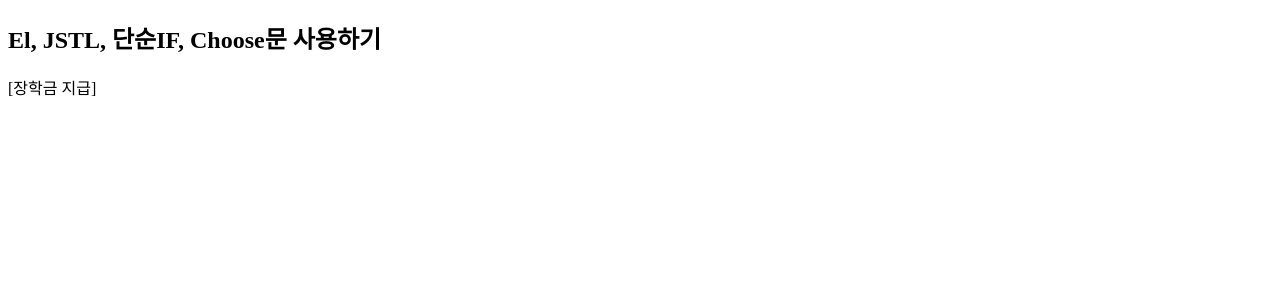
Repository: siwoo1214/acorn_server
Page: http://localhost/day08Prac/ex05
The author's editor kept a copy of each file at every save. The page is drawn from the files as they stood at one save, then again after the next save.
The browser window is 1280 px wide. The pictures show the whole page.
The page is served by Tomcat 9.

Above is the page before, as saved 2025-04-09 07:08:10.

After the next save:
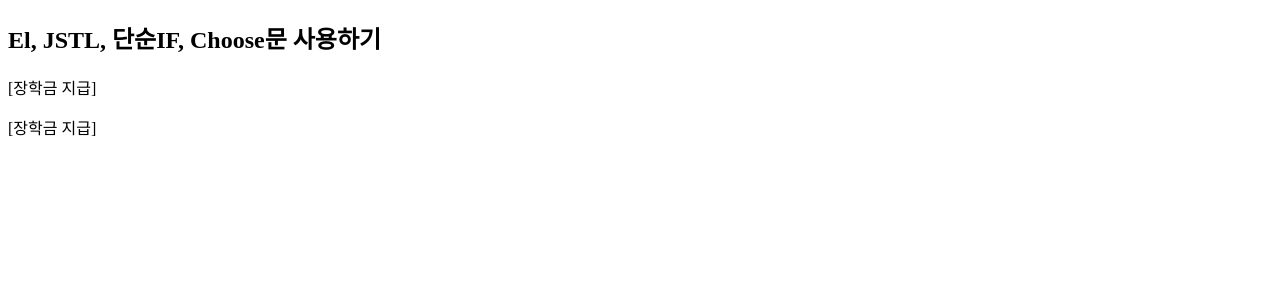
Saved 84 s later.
--- a/day08Prac/src/main/webapp/WEB-INF/views/ex05.jsp
+++ b/day08Prac/src/main/webapp/WEB-INF/views/ex05.jsp
@@ -16,6 +16,10 @@
 		[장학금 지급]
 	</c:if>
 
-	<% int score =  (int)request.getAttribute("kor"); %>
+	<% int score =  (int)request.getAttribute("kor");
+		if(score>=90){%>
+			<p>[장학금 지급]</p>
+		<%} %>
+
 </body>
 </html>
